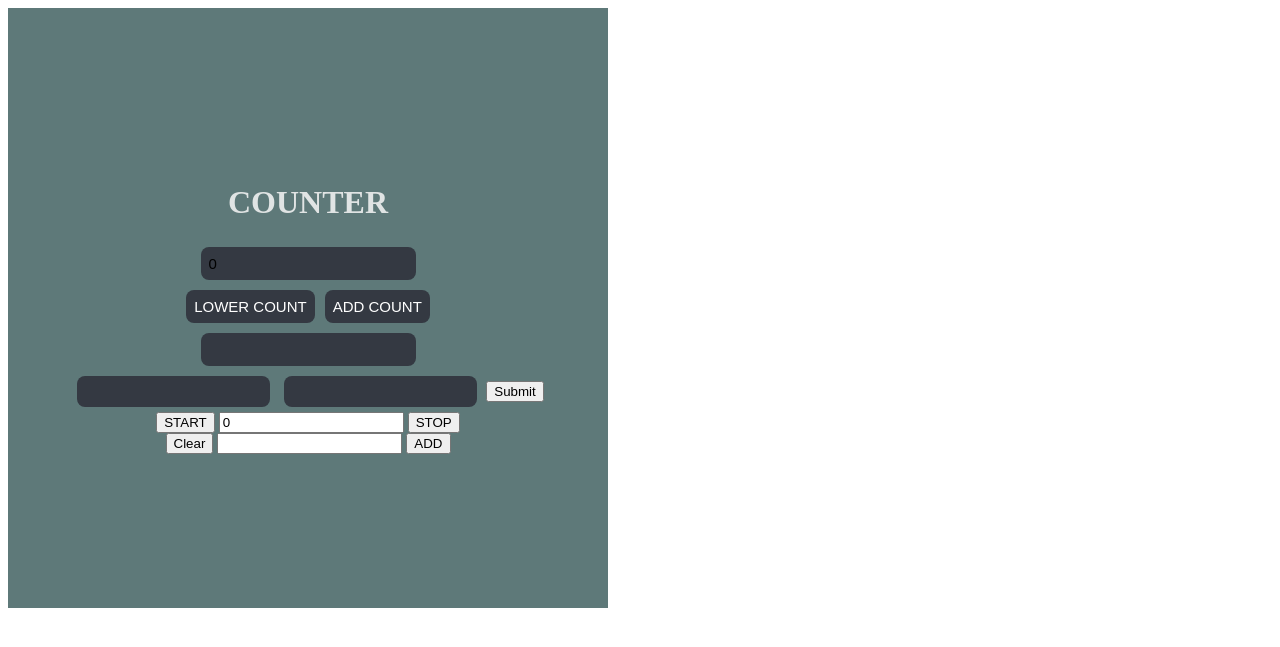
Repository: sedashahnazaryan/Caunter
Page: index.html
The author's editor kept a copy of each file at every save. The page is drawn from the files as they stood at one save, then again after the next save.
The browser window is 1280 px wide. The pictures show the whole page.

Above is the page before, as saved 2022-02-15 01:35:39.

After the next save:
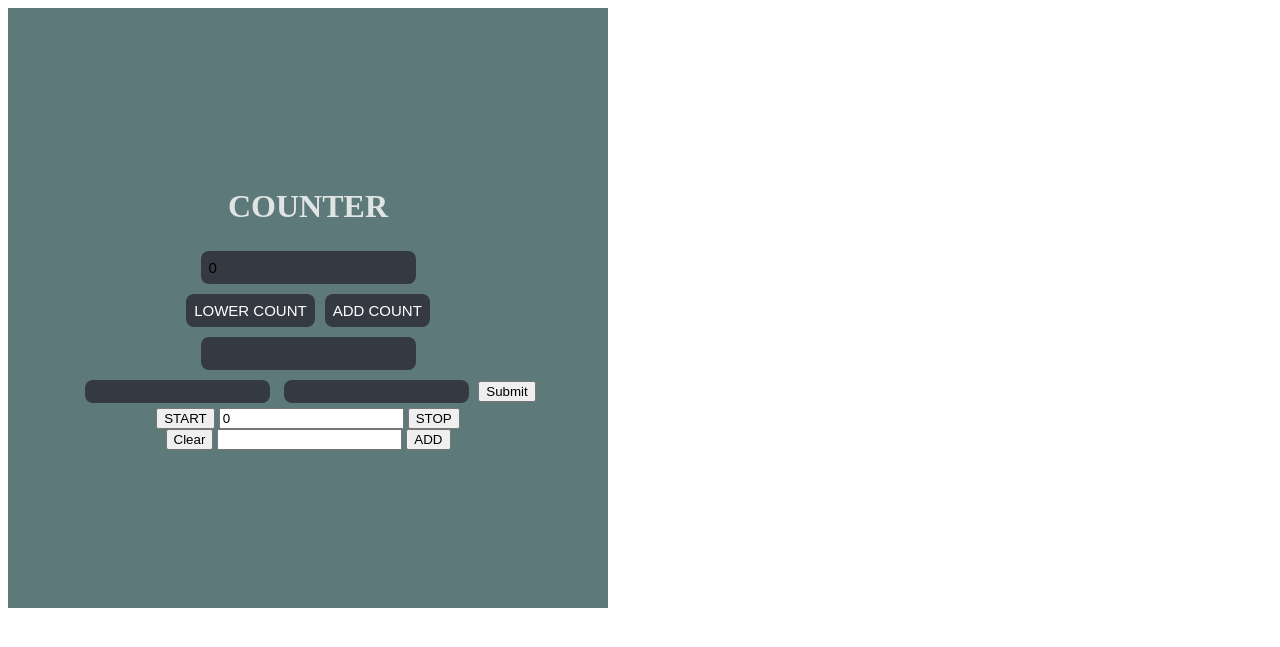
Saved 51 s later.
--- a/index.css
+++ b/index.css
@@ -65,7 +65,7 @@ color: rgba(243, 243, 243, 0.87);
     }
     #num1,#num2{
         background-color: #343942;
-        padding: 8px;
+        padding: 4px;
         border-radius: 8px;
         border: none;
         font-size:;
